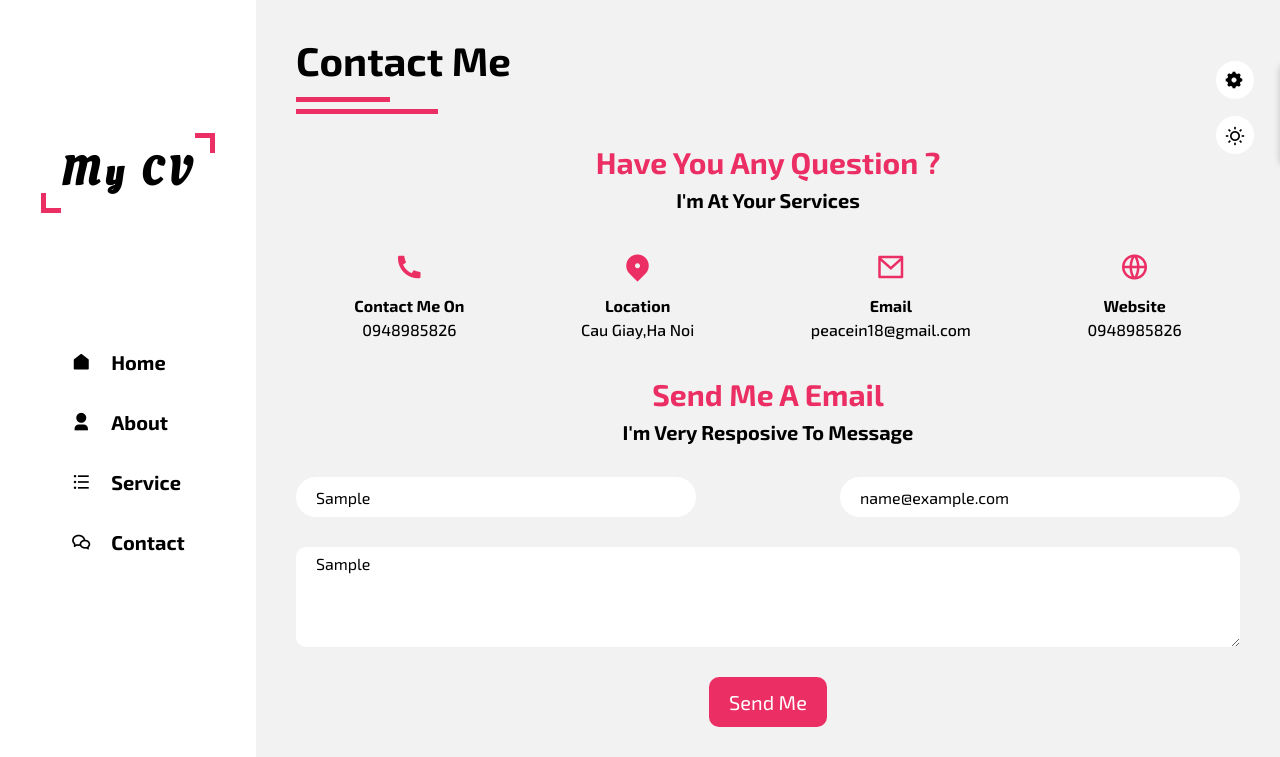
Repository: kien181999/First-Project
Page: index.html
An editor plug-in stored every save of this project. The page is shown before and after the next save, followed by the edit.
The browser window is 1280 px wide. The pictures show the whole page.
Empty fields were first filled with sample values (such as "Sample", 5 or name@example.com).
After loading, the first visible `div.day-night` was clicked once.
The style sheet was rebuilt from its Sass, Less or Tailwind sources for each picture, by a compiler version that may differ from the author's.

Above is the page before, as saved 2022-06-04 16:38:02.

After the next save:
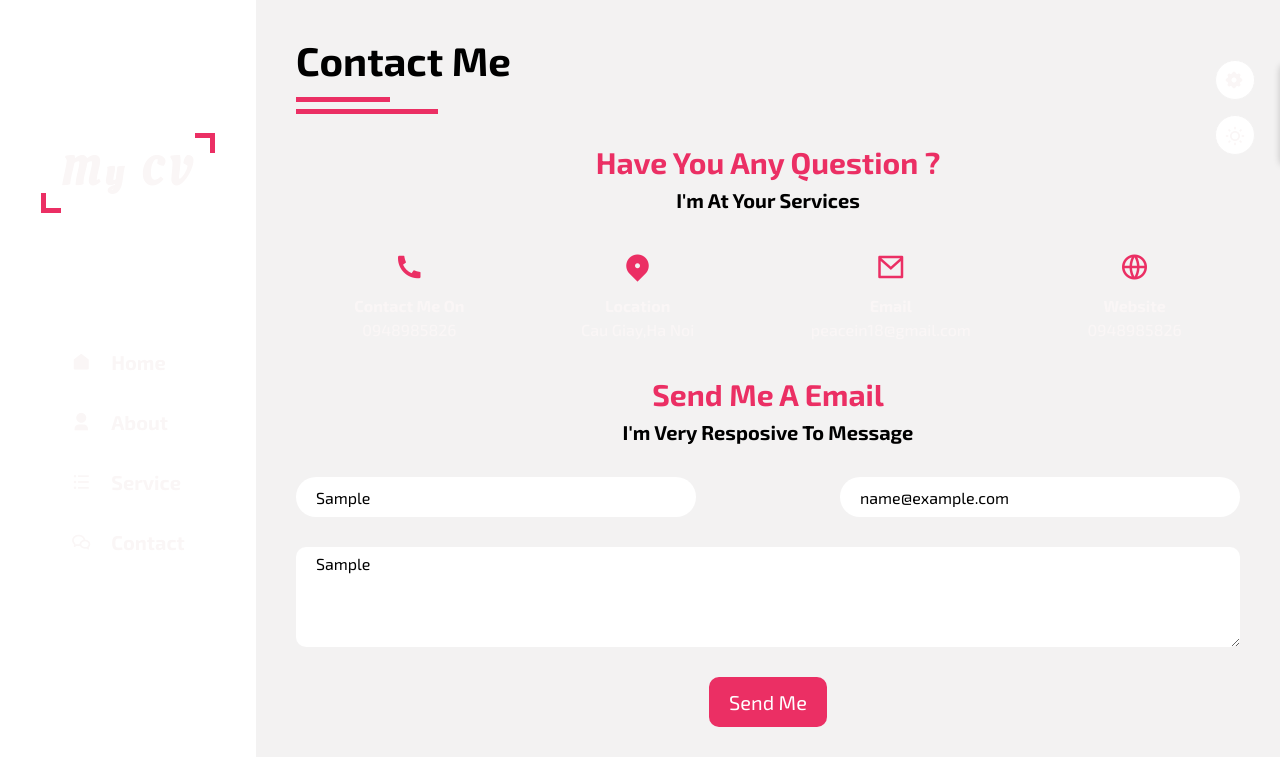
Saved 6 s later.
--- a/sass/_base.scss
+++ b/sass/_base.scss
@@ -19,7 +19,7 @@ html{
     font-size: 62.5%;
 }
 body.dark{
-    --black-color: rgb(0, 0 ,0);
+    --black-color: rgb(250, 246, 246);
     --light-black-color: #333;
     --white-color: #fff;
     --light-grey-color-1: #666;
